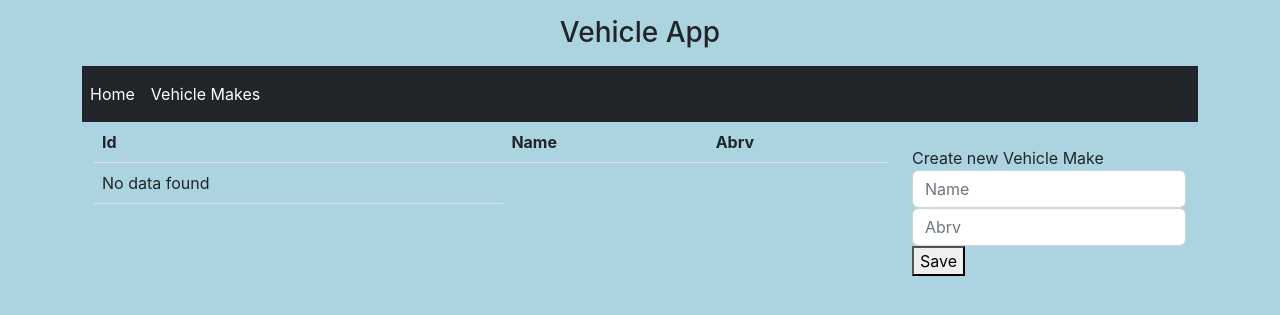
Repository: magdalenarajic/VehicleFrontend
Page: /Makes
An editor plug-in stored every save of this project. The page is shown before and after the next save, followed by the edit.
The browser window is 1280 px wide. The pictures show the whole page.
The page's requests for data from a server got no answer. The project was rebuilt for these pictures with package versions that can differ from the ones it lists, and the page was loaded fresh each time. No one was signed in, and anything a server would have sent is missing. Also part of the build but not shown: src/App.css, src/components/Home.js.

Above is the page before, as saved 2023-03-09 10:53:21.

### public/index.html
<!DOCTYPE html>
<html lang="en">
  <head>
    <meta charset="utf-8" />
    <link rel="icon" href="%PUBLIC_URL%/favicon.ico" />
    <meta name="viewport" content="width=device-width, initial-scale=1" />
    <meta name="theme-color" content="#000000" />
    <meta
      name="description"
      content="Web site created using create-react-app"
    />
    <link rel="apple-touch-icon" href="%PUBLIC_URL%/logo192.png" />
    <!--
      manifest.json provides metadata used when your web app is installed on a
      user's mobile device or desktop. See https://developers.google.com/web/fundamentals/web-app-manifest/
    -->
    <link rel="manifest" href="%PUBLIC_URL%/manifest.json" />
    <!--
      Notice the use of %PUBLIC_URL% in the tags above.
      It will be replaced with the URL of the `public` folder during the build.
      Only files inside the `public` folder can be referenced from the HTML.

      Unlike "/favicon.ico" or "favicon.ico", "%PUBLIC_URL%/favicon.ico" will
      work correctly both with client-side routing and a non-root public URL.
      Learn how to configure a non-root public URL by running `npm run build`.
    -->
    <link
  rel="stylesheet"
  href="https://cdn.jsdelivr.net/npm/bootstrap@5.2.3/dist/css/bootstrap.min.css"
  integrity="sha384-rbsA2VBKQhggwzxH7pPCaAqO46MgnOM80zW1RWuH61DGLwZJEdK2Kadq2F9CUG65"
  crossorigin="anonymous"
/>
    <title>React App</title>
  </head>
  <body>
    <noscript>You need to enable JavaScript to run this app.</noscript>
    <div id="root"></div>
    <!--
      This HTML file is a template.
      If you open it directly in the browser, you will see an empty page.

      You can add webfonts, meta tags, or analytics to this file.
      The build step will place the bundled scripts into the <body> tag.

      To begin the development, run `npm start` or `yarn start`.
      To create a production bundle, use `npm run build` or `yarn build`.
    -->
  </body>
</html>

### src/index.css
body {
  background-color: rgb(172, 212, 224);
  font-family: -apple-system, BlinkMacSystemFont, 'Segoe UI', 'Roboto', 'Oxygen',
    'Ubuntu', 'Cantarell', 'Fira Sans', 'Droid Sans', 'Helvetica Neue',
    sans-serif;
  -webkit-font-smoothing: antialiased;
  -moz-osx-font-smoothing: grayscale;
}

code {
  font-family: source-code-pro, Menlo, Monaco, Consolas, 'Courier New',
    monospace;
}

### src/App.js
import './App.css';
import { Home } from './components/Home';
import VehicleMake  from './components/VehicleMake';
import {Navigation} from './components/Navigation';

import {BrowserRouter, Route, Routes} from 'react-router-dom';

function App() {
  return (
    <BrowserRouter>
    <div className='container'>
    <header>
      <h3 className="m-3 d-flex justify-content-center">
        Vehicle App
      </h3>
      </header>
      <div>
      <Navigation/>
       <Routes>
        <Route path='/' element={<Home/>} />
        <Route path='/Makes' element={<VehicleMake/>} />
       </Routes>
    </div>
    </div>
    </BrowserRouter>
  );
}

export default App;

### src/components/VehicleMake.js
import React, { useEffect, useState} from "react";
import { Observer } from "mobx-react";
import makeStore from "../stores/makeStore";
import { Container, Table, Col , Row} from "react-bootstrap";


const MakeList = () => {

  const [name, setName] = useState("");
  const [abrv, setAbrv] = useState("");

    useEffect(() => {
        makeStore.getData();

      }, []);

    const deleteData = (id) => {
          makeStore.deleteData(id);
      };

    const saveData = () => {
        makeStore.createData(abrv,name);
        setName(" ");
        setAbrv(" ");
        window.location.reload(true);
      };


    return (
        <Observer>
        {() => (
          <><Container>
            <Row>
          <Col >
          <Table>
              <thead>
                <tr>
                  <th> Id </th>
                  <th> Name</th>
                  <th> Abrv</th>
                </tr>
              </thead>
              <tbody>
                {makeStore.vehicleData && makeStore.vehicleData.length > 0 ? (
                  makeStore.vehicleData.map((make, index) => {
                    return (
                      <tr key={index}>
                        <td>{make.Id}</td>
                        <td>{make.Name}</td>
                        <td>{make.Abrv}</td>
                        <td>
                          <button className="delete-btn" onClick={() => deleteData(make.Id)}>
                            Delete
                          </button>
                          <button className="edit-btn" >
                            Edit
                          </button>
                        </td>
                      </tr>
                    );
                  })
                ) : (<tr><td>No data found</td></tr>)}
              </tbody>
            </Table>
            </Col>
            <Col md="auto">
              <br />
          <label> Create new Vehicle Make</label>
          <br />
               <input
                  type={"text"}
                  className="form-control"
                  placeholder="Name"
                  value={name}
                  onChange={(e) => setName(e.target.value)}
                ></input>
                <input
                  type={"text"}
                  className="form-control"
                  placeholder="Abrv"
                  value={abrv}
                  onChange={(e) => setAbrv(e.target.value)}
                ></input>
              <Col><button className="create-button" onClick={() => saveData()}>Save</button></Col>
          <br></br>
          </Col>
            </Row>
            </Container>
            </>
        )}
        </Observer>
      )
};

export default MakeList;

### src/components/Navigation.js
import React, {Component} from 'react';
import {Navbar,Nav} from 'react-bootstrap';

export class Navigation extends Component{

    render(){
          return(
            <Navbar bg="dark" variant="dark" >
            <Nav variant="pills">
                <Nav.Link className="d-inline p-2 text-white " href="/" >
                    Home
                </Nav.Link>
                <Nav.Link className="d-inline p-2 text-white" href="/makes" >
                    Vehicle Makes
                </Nav.Link>
            </Nav>
           </Navbar>
          )
    }
}

### src/stores/makeStore.js
import { observable, action, makeObservable } from "mobx";
import makeService from "../services/makeService";

class MakeStore {
  constructor() {
    makeObservable(this, {
      status: observable,
      vehicleData: observable,
      getData: action,
      createData: action,
      deleteData: action,
      updateData: action,
    });
  }

  status = "initial";
  vehicleData = [];

  getData = () => {
    makeService
      .getVehicleMakes()
      .then((result) => {
        this.vehicleData = result.data;
      })
      .catch((error) => {
        console.log(error);
        this.status = "error";
      });
  };

  createData = (abrv, name) => {
    const vehicleData = { Abrv: abrv, Name: name };

    makeService.postVehicleMake(vehicleData).then((response) => {
      if (response.body === true) {
        this.status = "success";
        this.getData();
      }
    });
  };

  deleteData = (id) => {
    makeService.deleteVehicleMake(id).then((response) => {
      this.getData();
    });
  };

  updateData = (abrv, name, id) => {
    const vehicleData = { Abrv: abrv, Name: name };
    makeService.putVehicleMake(id, vehicleData).then((response) => {
      if (response.status === 200) {
        this.status = "success";
        this.getData();
      }
    });
  };
}

const makeStore = new MakeStore();
export default makeStore;

### src/services/makeService.js
import axios from "axios";

const errorHandler = (error) => {
  console.log(error);
};

const baseUrl = "https://localhost:44304/api/VehicleMakes"

class MakeService {
  getVehicleMakes = () => {
    return axios.get(`${baseUrl}`).catch(errorHandler);
  };


  item = {
    Name: " ",
    Abrv: " "
  };
  postVehicleMake = (item) => {
    return axios.post(`${baseUrl}`, item).catch(errorHandler);
  };


  deleteVehicleMake = (id) => {
    return axios.delete(`${baseUrl}/${id}/`)
    .catch(errorHandler);
  };

  putVehicleMake = (id,item) => {
    axios.put(`${baseUrl}/${id}`, item).catch(errorHandler);
  };

}
const makeService = new MakeService();
export default makeService;
// testing -- getVehicleMakes().then((result) => console.log(result));

Loaded but not shown: src/index.js (common file); src/reportWebVitals.js (common file)

After the next save:
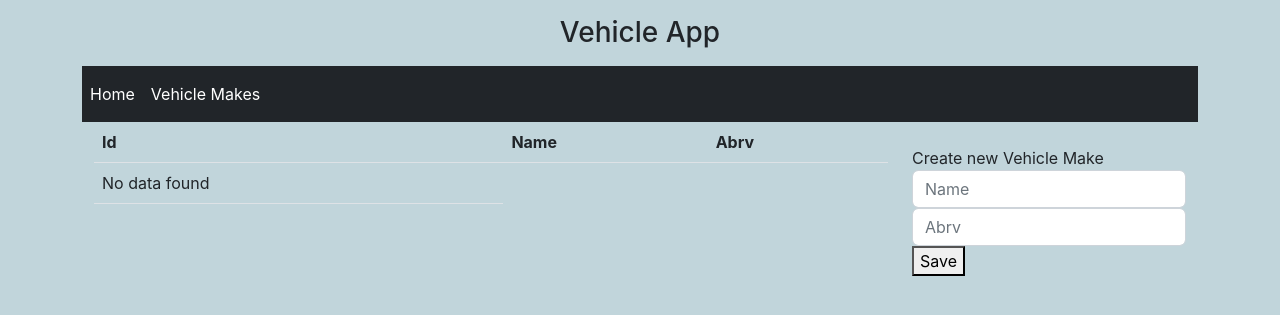
Saved 18 s later.
--- a/src/index.css
+++ b/src/index.css
@@ -1,5 +1,5 @@
 body {
-  background-color: rgb(172, 212, 224);
+  background-color: rgb(193, 213, 219);
   font-family: -apple-system, BlinkMacSystemFont, 'Segoe UI', 'Roboto', 'Oxygen',
     'Ubuntu', 'Cantarell', 'Fira Sans', 'Droid Sans', 'Helvetica Neue',
     sans-serif;
